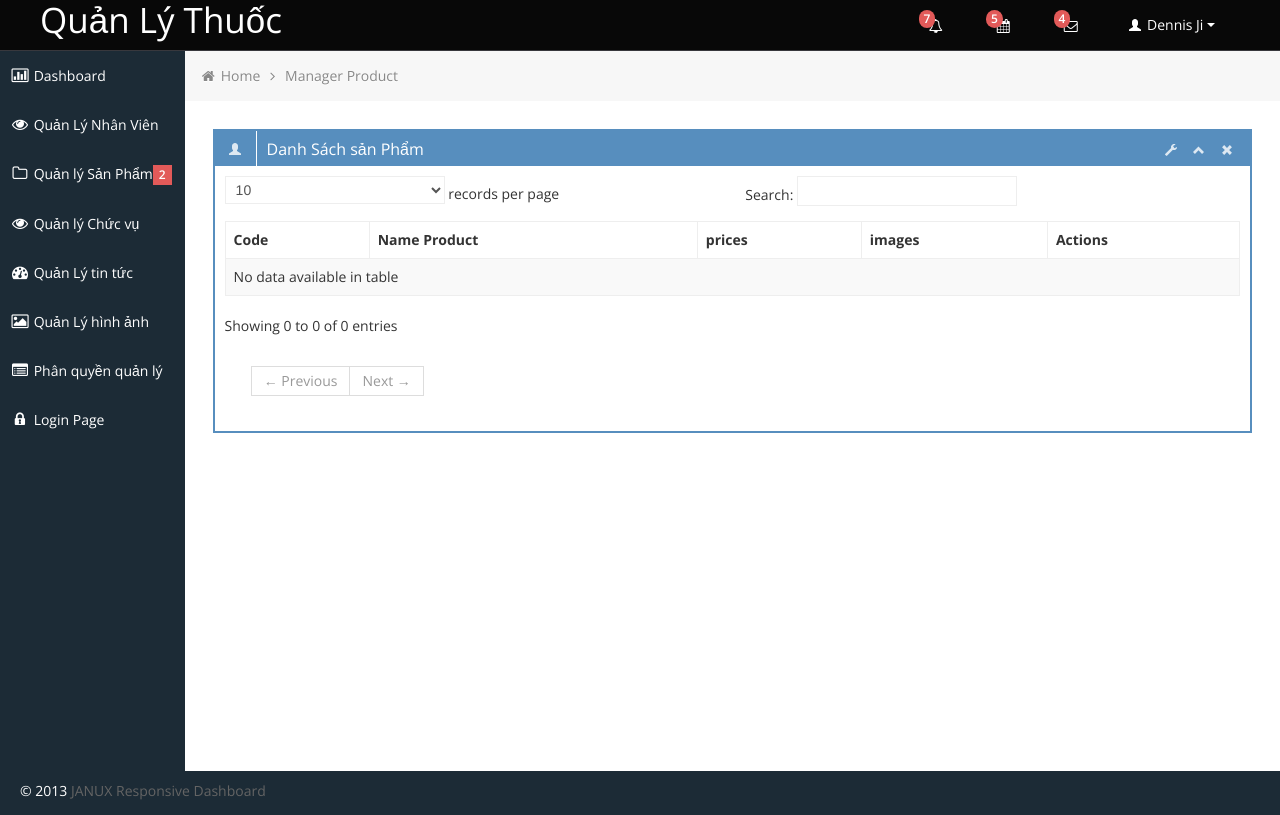
Repository: quangqt/QuanLyThuoc
Page: http://localhost/QuanLyThuoc/
An editor plug-in stored every save of this project. The page is shown before and after the next save, followed by the edit.
The browser window is 1280 px wide. The pictures show the whole page.
The page is served by Tomcat 9. Queries for data that is not in the repository find no rows.

Above is the page before, as saved 2018-05-02 05:10:30.

After the next save:
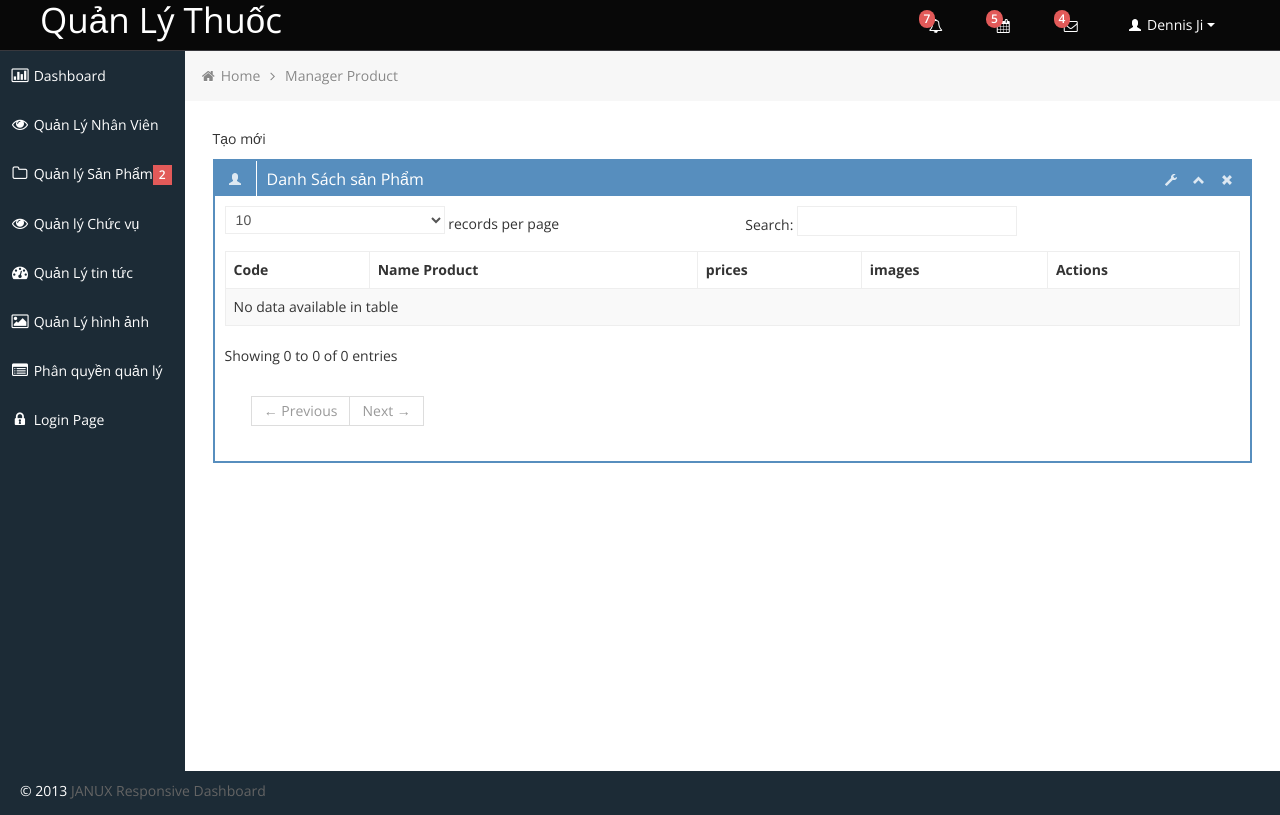
Saved 2 min 5 s later.
--- a/web-duoc/QuanLyThuoc/WebContent/WEB-INF/admin/managerProduct.jsp
+++ b/web-duoc/QuanLyThuoc/WebContent/WEB-INF/admin/managerProduct.jsp
@@ -26,7 +26,7 @@
 						class="icon-angle-right"></i></li>
 					<li><a href="#">Manager Product</a></li>
 				</ul>
-
+				<p>Tạo mới</p>
 				<div class="row-fluid sortable">
 					<div class="box span12">
 						<div class="box-header" data-original-title>
